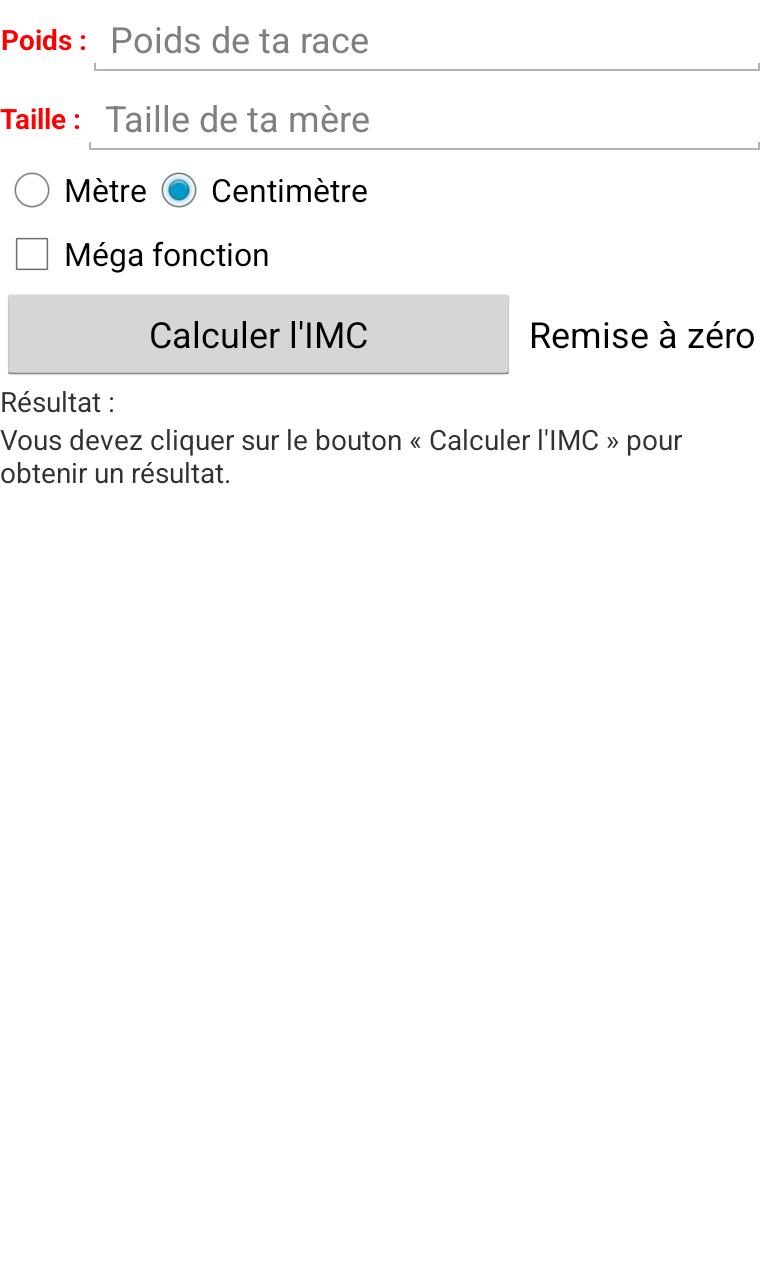
Repository: BlackyFox/PST4-NFC
Layout: Antoine/App_test/res/layout/activity_main.xml
The author's editor kept a copy of each file at every save. The layout is drawn from the files as they stood at one save, then again after the next save.
It is drawn on a 768 x 1280 px phone screen (xhdpi) without system bars, with theme AppTheme; the app's code is not run.

Above is the layout before, as saved 2014-11-03 15:35:42.

### Antoine/App_test/res/layout/activity_main.xml
<?xml version="1.0" encoding="utf-8"?>
<LinearLayout xmlns:android="http://schemas.android.com/apk/res/android"
  android:layout_width="fill_parent"
  android:layout_height="fill_parent"
  android:orientation="vertical">
  <LinearLayout
      android:layout_width="fill_parent"
      android:layout_height="wrap_content"
      android:orientation="horizontal">

      <TextView
          android:layout_width="wrap_content"
          android:layout_height="fill_parent"
          android:text="@string/poids"
          android:textStyle="bold"
          android:textColor="#FF0000"
          android:gravity="center"/>
      <EditText
          android:id="@+id/poids"
          android:layout_width="fill_parent"
          android:layout_height="wrap_content"
          android:hint="@string/hint_poids"
          android:inputType="numberDecimal"/>
  </LinearLayout>

    <LinearLayout
      android:layout_width="fill_parent"
      android:layout_height="wrap_content"
      android:orientation="horizontal">

        <TextView
          android:layout_width="wrap_content"
          android:layout_height="fill_parent"
          android:text="@string/taille"
          android:textStyle="bold"
          android:textColor="#FF0000"
          android:gravity="center"/>
        <EditText
          android:id="@+id/taille"
          android:layout_width="fill_parent"
          android:layout_height="wrap_content"
          android:hint="@string/hint_taille"
          android:inputType="numberDecimal"/>
    </LinearLayout>

  <RadioGroup
    android:id="@+id/group"
    android:layout_width="wrap_content"
    android:layout_height="wrap_content"
    android:checkedButton="@+id/radio2"
    android:orientation="horizontal"
  >
    <RadioButton
      android:id="@+id/radio1"
      android:layout_width="wrap_content"
      android:layout_height="wrap_content"
      android:text="@string/m"
    />
    <RadioButton
      android:id="@+id/radio2"
      android:layout_width="wrap_content"
      android:layout_height="wrap_content"
      android:text="@string/cm"
    />
  </RadioGroup>
  <CheckBox
    android:id="@+id/mega"
    android:layout_width="wrap_content"
    android:layout_height="wrap_content"
    android:text="@string/mega"
  />
  <LinearLayout
      android:layout_width="fill_parent"
      android:layout_height="wrap_content"
      android:orientation="horizontal">

      <Button
          android:id="@+id/calcul"
          android:layout_width="wrap_content"
          android:layout_height="wrap_content"
          android:text="@string/calcul"
          android:layout_weight="1"/>
      <Button
          android:id="@+id/raz"
          android:layout_width="wèrap_content"
          android:layout_height="wrap_content"
          android:text="@string/raz"
          android:layout_weight="1"
          android:background="?android:attr/selectableItemBackground"/>
  </LinearLayout>

  <TextView
    android:layout_width="wrap_content"
    android:layout_height="wrap_content"
    android:text="@string/resultat"
  />
  <TextView
    android:id="@+id/result"
    android:layout_width="fill_parent"
    android:layout_height="fill_parent"
    android:text="@string/result"
  />
</LinearLayout>

### Antoine/App_test/res/values/strings.xml
<?xml version="1.0" encoding="utf-8"?>
<resources>

    <string name="app_name">App_test</string>
    <string name="hello_world">Hello world!</string>
    <string name="action_settings">Settings</string>
    <string name="poids">Poids :</string>
    <string name="hint_poids">Poids de ta race</string>
    <string name="result">Vous devez cliquer sur le bouton « Calculer l\'IMC » pour obtenir un résultat.</string>
    <string name="resultat">Résultat : </string>
    <string name="raz">Remise à zéro</string>
    <string name="calcul">Calculer l\'IMC</string>
    <string name="mega">Méga fonction</string>
    <string name="cm">Centimètre</string>
    <string name="m">Mètre</string>
    <string name="taille">Taille :</string>
    <string name="hint_taille">Taille de ta mère</string>

</resources>

Loaded but not shown: Antoine/App_test/res/values/styles.xml (common file); Antoine/App_test/res/values-v11/styles.xml (common file); Antoine/App_test/res/values-v14/styles.xml (common file)

After the next save:
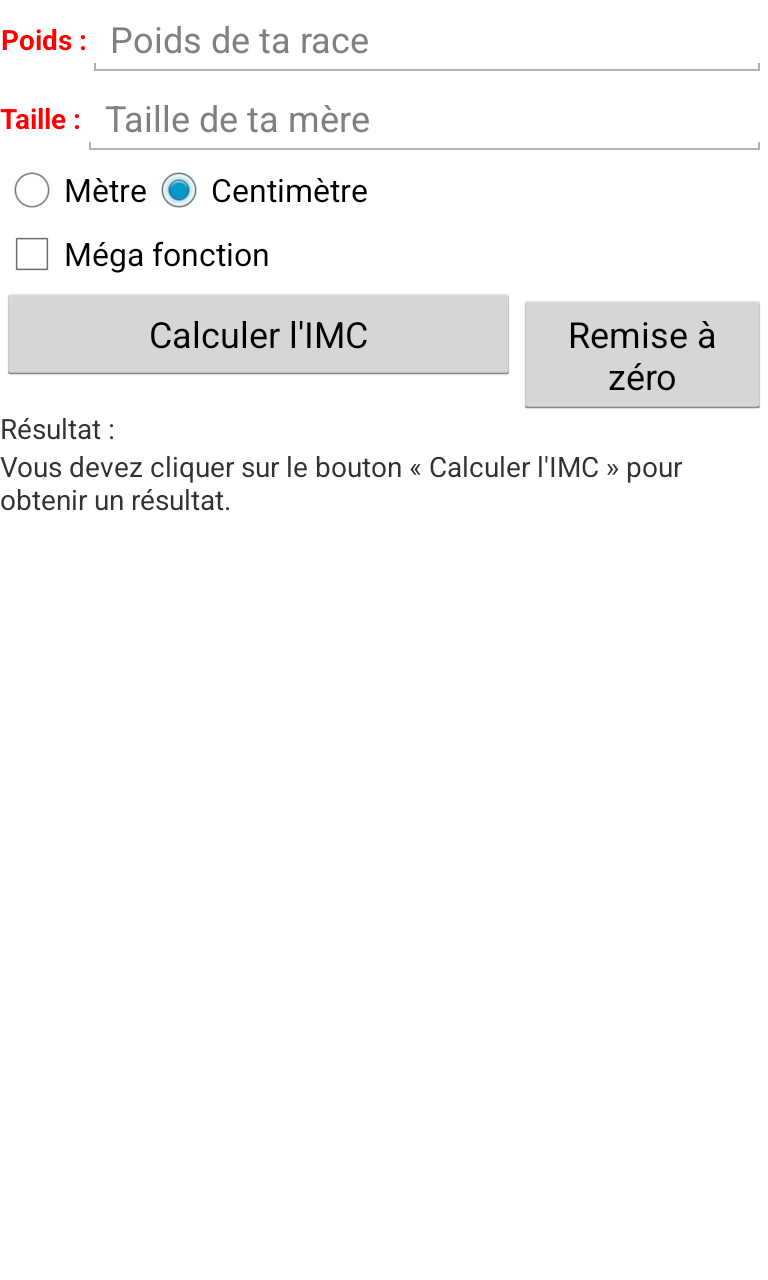
Saved 59 s later.
--- a/Antoine/App_test/res/layout/activity_main.xml
+++ b/Antoine/App_test/res/layout/activity_main.xml
@@ -85,8 +85,7 @@
           android:layout_width="wèrap_content"
           android:layout_height="wrap_content"
           android:text="@string/raz"
-          android:layout_weight="1"
-          android:background="?android:attr/selectableItemBackground"/>
+          android:layout_weight="1"/>
   </LinearLayout>
 
   <TextView
